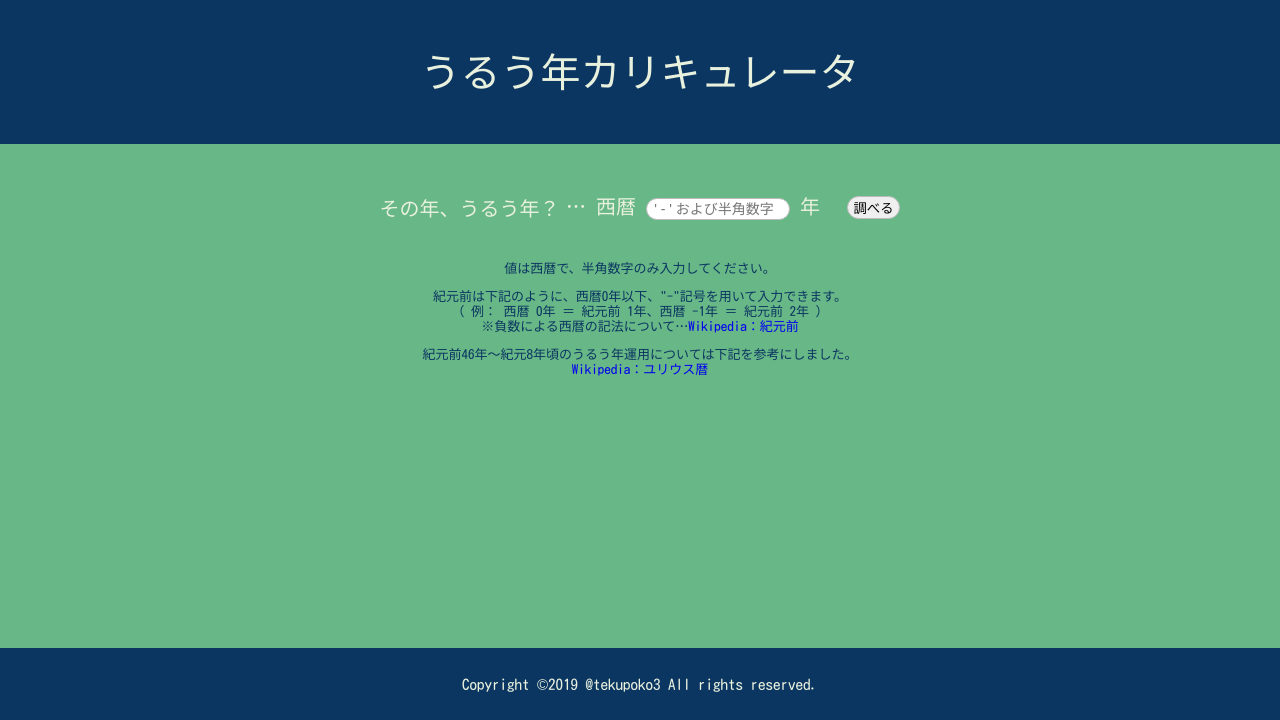
Repository: tekupoko3/leap_year_calculator
Page: leapyearcalc/judgeleapyear/templates/judgeleapyear/index.html
The author's editor kept a record of every edit. The page is drawn from the files as they stood at one moment, then again after the next edit.
The browser window is 1280 px wide. The pictures show the whole page.
The template is drawn by Django 3.2. The application's start-up code is not run. Other server files are loaded and not shown. The template is opened directly, without the code that normally fills it, so the values that code supplies are empty.

Above is the page before.

### leapyearcalc/judgeleapyear/templates/judgeleapyear/index.html
<!DOCTYPE html>
<html lang="ja">
<head>
  <meta charset="UTF-8">
  <meta name="viewport" content="width=device-width, initial-scale=1.0">
  <meta http-equiv="X-UA-Compatible" content="ie=edge">
  <title>うるう年カリキュレータ</title>
  {% load static %}
  <link rel="stylesheet" href="{% static "judgeleapyear/reset.css" %}" type="text/css" />
  <link href="https://fonts.googleapis.com/css?family=Kosugi+Maru&display=swap" rel="stylesheet">
  <link rel="stylesheet" href="{% static "judgeleapyear/base.css" %}" type="text/css" />
  <link rel="stylesheet" href="{% static "judgeleapyear/index.css" %}" type="text/css" />
</head>
<body>
  <header>
    <div class="navbar">
      <div class="headertitle">
        <a href="/"><p>うるう年カリキュレータ</p></a>
      </div>
    </div>
    <div class="flash">

    </div>
  </header>
  <main>
    <div class="mainwrapper">
      <div class="yearform">
        <form action="calc" id="yearinput" method="post">
          {% csrf_token %}
          <p>その年、うるう年？</p>
          <p class="input-block">… 西暦
          {% if year is None %}
            <input type="text" name="year" placeholder="' - ' および半角数字" class="inputbox" pattern="-?[0-9]+" title="半角負号' - '（任意）と、連続した半角数字のみで入力して下さい。" required />
          {% else %}
            <input type="text" name="year" placeholder="' - ' および半角数字" value='{{ year }}' class="inputbox" pattern="-?[0-9]+" title="半角負号' - '（任意）と、連続した半角数字のみで入力して下さい。" required />
          {% endif %}
          年　</p>
          <input type="submit" value="調べる" class="button">
        </form>
      </div>
      {% if not error is None %}
      <div class="error-text">
          <p>{{ error }}</p>
      </div>
      {% endif %}
      <p>値は西暦で、半角数字のみ入力してください。</p>
      <br>
      <p>紀元前は下記のように、西暦0年以下、"-"記号を用いて入力できます。</p>
      <p>（ 例： 西暦 0年 ＝ 紀元前 1年、西暦 -1年 ＝ 紀元前 2年 ）</p>
      <p>※負数による西暦の記法について…<a href="https://ja.wikipedia.org/wiki/%E7%B4%80%E5%85%83%E5%89%8D#%E5%A4%A9%E6%96%87%E5%AD%A6%E3%81%AB%E3%81%8A%E3%81%91%E3%82%8B%E7%B4%80%E5%85%83%E5%89%8D" target="_blank">Wikipedia：紀元前</a></p>
      <br>
      <p>紀元前46年〜紀元8年頃のうるう年運用については下記を参考にしました。</p>
      <p><a href="https://ja.wikipedia.org/wiki/%E3%83%A6%E3%83%AA%E3%82%A6%E3%82%B9%E6%9A%A6#%E9%81%8B%E7%94%A8" target="_blank">Wikipedia：ユリウス暦</a></p>
      {% if not result is None %}
        {% ifequal result "ユリウス暦以前" %}
          <div class="result">
            <p>紀元前47年以前には<span>うるう年の概念はありませんでした。</span></p>
          </div>
        {% else %}
          <div class="result">
            <p>{{ year_text }}年は<span>{{ result }}</span>です。</p>
          </div>
        {% endifequal %}
      {% endif %}
    </div>
  </main>
  <footer>
    <p>Copyright ©2019 <a href="https://twitter.com/tekupoko3" target="_blank">@tekupoko3</a> All rights reserved.</p>
  </footer>
</body>
</html>

### leapyearcalc/judgeleapyear/static/judgeleapyear/base.css
html, body, div, span, object, iframe,
h1, h2, h3, h4, h5, h6, p, blockquote, pre,
abbr, address, cite, code,
del, dfn, em, img, ins, kbd, q, samp,
small, strong, sub, sup, var,
b, i,
dl, dt, dd, ol, ul, li,
fieldset, form, label, legend,
table, caption, tbody, tfoot, thead, tr, th, td,
article, aside, canvas, details, figcaption, figure,
footer, header, hgroup, menu, nav, section, summary,
time, mark, audio, video {
  font-family: 'Kosugi Maru', sans-serif;
  -webkit-box-sizing: border-box;
  -moz-box-sizing: border-box;
  box-sizing: border-box;
}

a {
  text-decoration: none;
}

### leapyearcalc/judgeleapyear/static/judgeleapyear/index.css
header .navbar{
  background-color: #0B3661;
  width: 100vw;
  height: 20vh;
  display: flex;
  flex-flow: row wrap;
  justify-content: space-around;
  align-items: center;
}

.headertitle a{
  text-decoration: none;
}

.headertitle > a > p{
  color: #E8F0DE;
  flex: 0 1 auto;
  display: block;
  font-size: 40px;
}

main{
  width: 100vw;
  height: 70vh;
}

main .mainwrapper{
  background-color: #68B787;
  width: 100vw;
  height: 100%;
  text-align: center;
  padding: 2px;
  color: #0B3661;
  font-size: 13px;
}

main .mainwrapper .yearform{
  display: flex;
  width: 100%;
  padding-top: 50px;
  padding-bottom: 40px;
  flex-flow: row wrap;
  justify-content: center;
  align-items: center;
}

main .mainwrapper .yearform > form > p{
  display: inline;
  vertical-align: middle;
  flex: 0 1 auto;
  color: #E8F0DE;
  font-size: 20px;
  padding-top: 2px;
}

.inputblock{
  display: inline-block;
  vertical-align: middle;
  min-width: 280px;
  flex: 0 1 auto;
  color: #E8F0DE;
  font-size: 20px;
  padding-top: 2px;
}

main .mainwrapper > p{
  vertical-align: middle;
  color: #0B3661;
  font-size: 13px;
  padding-top: 2px;
}

main .mainwrapper > p > a{
  text-decoration: none;
}

.inputbox{
  flex: 0 1 auto;
  width: 130px;
  -webkit-border-radius: 20px;
  -moz-border-radius: 20px;
  text-align: center;
  vertical-align: middle;
  border: 1px solid #bbb;
  border-radius: 20px;
  font-size: 16px;
  color: #333;
  padding-right: 10px;
  ime-mode: disabled;
}

.inputbox::-webkit-input-placeholder {
  font-size: 14px;
}
.inputbox:-moz-placeholder {
  font-size: 14px;
}
.inputbox::-moz-placeholder {
  font-size: 14px;
}
.inputbox:-ms-input-placeholder {
  font-size: 14px;
}

.button{
  flex: 0 1 auto;
  vertical-align: middle;
  border: 1px solid #bbb;
  -webkit-border-radius: 20px;
  -moz-border-radius: 20px;
  border-radius: 20px;
}

.error-text > p{
  color: #922;
  font-size: 13px;
  margin-bottom: 10px;
}

main .mainwrapper .result{
  margin-top: 20px;
  display: flex;
  flex-flow: row wrap;
  justify-content: space-around;
  align-items: center;
}

main .mainwrapper .result > p{
  color: #E8F0DE;
  font-size: 30px;
}

main .mainwrapper .result > p > span{
  color: #E8F0DE;
  font-size: 60px;
}

footer {
  background-color: #0B3661;
  width: 100vw;
  height: 10vh;
  display: flex;
  flex-flow: row wrap;
  justify-content: space-around;
  align-items: center;
}

footer p{
  color: #E8F0DE;
  flex: 0 1 auto;
  display: block;
  font-size: 15px;
}

footer p > a{
  color: #E8F0DE;
  flex: 0 1 auto;
  text-decoration: none;
}

@media screen and (min-width:780px){
  .sp-br{
    display: none;
  }

}

@media screen and (max-width:780px){
  header .navbar{
    height: 10vh;
  }

  .headertitle a > p{
    font-size: 20px;
    flex-flow: row wrap;
    justify-content: center;
    align-items: center;
    vertical-align: middle;
  }

  main{
    height: 80vh;
  }

  main .mainwrapper p{
    color: #0B3661;
    font-size: 11px;
    padding-top: 2px;
  }

  .inputblock{
    display: block;
    margin: 10px;
  }

  main .mainwrapper .error-text > p{
    color: #922;
    display: block;
    width: 400px;
    margin: auto;
    margin-top: 10px;
    margin-bottom: 10px;
    font-size: 11px;
    text-align: center;
  }


  main .mainwrapper .result{
    display: flex;
    flex-flow: row wrap;
    justify-content: center;
    align-items: center;
    vertical-align: middle;

  }

  main .mainwrapper .result > p{
    flex: 0 1 auto;
    color: #E8F0DE;
    font-size: 20px;
  }


  main .mainwrapper .result > p > span{
    flex: 0 1 auto;
    width: 350px;
    color: #E8F0DE;
    font-size: 30px;
    display: block;
    padding: 10px 40px;
    word-wrap:break-word;
  }

  footer p{
    font-size: 11px;
  }
}

Loaded but not shown: leapyearcalc/judgeleapyear/static/judgeleapyear/reset.css (common file)

After the next edit:
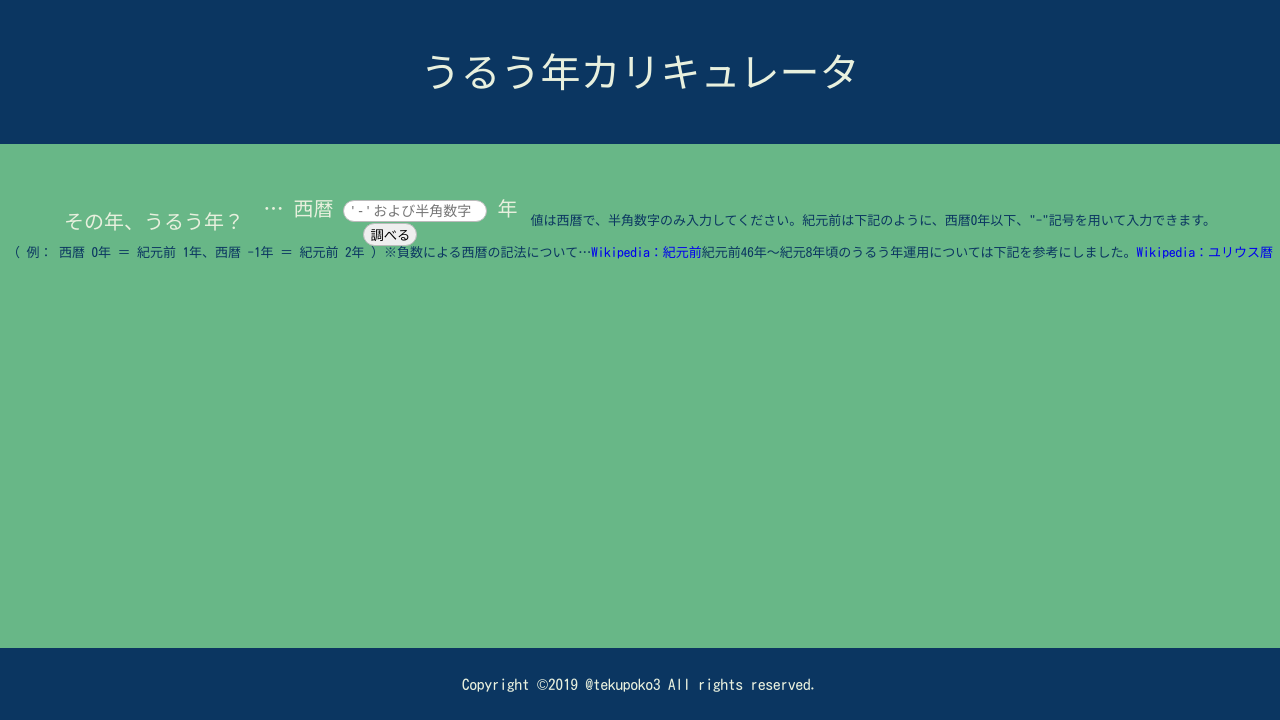
The edit:
--- a/leapyearcalc/judgeleapyear/templates/judgeleapyear/index.html
+++ b/leapyearcalc/judgeleapyear/templates/judgeleapyear/index.html
@@ -28,7 +28,7 @@
         <form action="calc" id="yearinput" method="post">
           {% csrf_token %}
           <p>その年、うるう年？</p>
-          <p class="input-block">… 西暦
+          <div class="inputblock">… 西暦
           {% if year is None %}
             <input type="text" name="year" placeholder="' - ' および半角数字" class="inputbox" pattern="-?[0-9]+" title="半角負号' - '（任意）と、連続した半角数字のみで入力して下さい。" required />
           {% else %}
